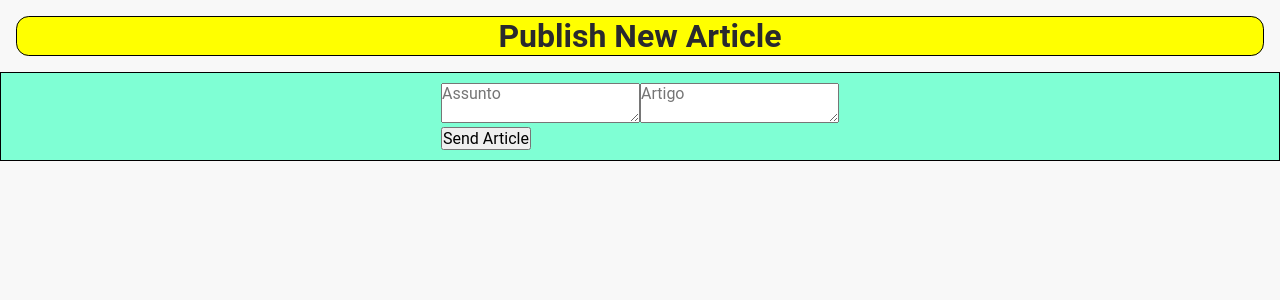
Repository: batmit/publish_articles
Page: /publish
These files come from the project's save history. The page is drawn as it stood at one moment and after a run of saves; the edit follows.
The browser window is 1280 px wide. The pictures show the whole page.
The project was rebuilt for these pictures with package versions that can differ from the ones it lists, and the page was loaded fresh each time. Also part of the build but not shown: src/pages/articles.tsx, src/pages/Home.tsx.

Above is the page before, as saved 2021-06-29 17:50:49.

### public/index.html
<!DOCTYPE html>
<html lang="en">
  <head>
    <meta charset="utf-8" />
    <meta name="viewport" content="width=device-width, initial-scale=1" />
    <meta name="theme-color" content="#000000" />
    <meta
      name="description"
      content="Web site created using create-react-app"
    />
    <title>publish_articles</title>
  </head>
  <body>
    <noscript>You need to enable JavaScript to run this app.</noscript>
    <div id="root"></div>
    <!--
      This HTML file is a template.
      If you open it directly in the browser, you will see an empty page.

      You can add webfonts, meta tags, or analytics to this file.
      The build step will place the bundled scripts into the <body> tag.

      To begin the development, run `npm start` or `yarn start`.
      To create a production bundle, use `npm run build` or `yarn build`.
    -->
  </body>
</html>

### src/App.tsx
import React from 'react';
import { BrowserRouter, Route } from 'react-router-dom';
import { Articles } from './pages/articles';


import {Home} from './pages/Home';
import { Publish_Articles } from './pages/publish_articles';

import './styles/global.scss';



function App() {
  return (

    <BrowserRouter>

      <Route path='/' exact component={Home} />

      <Route path='/articles' exact component={Articles} />

      <Route path='/publish' exact component={Publish_Articles} />



    </BrowserRouter>

  );
}

export default App;

### src/pages/publish_articles.tsx
import { FormEvent, useState } from "react";
import { database } from "../services/firebase";

export function Publish_Articles() {

    const [assunto, setNewAssunto] = useState('');

    const [article, setNewArticle] = useState('');

    async function handleSendArticle(event: FormEvent) {

        event.preventDefault();

        await database.ref(`articles/${assunto}`).push(article);

        setNewAssunto('');
        setNewArticle('');

    };

    return (
        <>
            <header>
                <h1>Publish New Article</h1>
            </header>

            <main>
                <form onSubmit={handleSendArticle}>
                        <textarea
                            placeholder='Assunto'
                            onChange={event => setNewAssunto(event.target.value)}
                            value={assunto}
                        />

                        <textarea
                            placeholder="Artigo"
                            onChange={event => setNewArticle(event.target.value)}
                            value={article}
                        />

                        <div className="form-footer">


                            <button type='submit'>Send Article</button>
                        </div>

                </form>
            </main>
        </>
    );
}

### src/styles/global.scss
* {
    margin: 0;
    padding: 0;
    box-sizing: boder-box;
}

body{
    background: #f8f8f8;
    color: #29292e;
}

body, input, button, textarea {
    font: 400 16px 'Roboto', sans-serif ; // se não rodar o Roboto pega o sans-serif
}

header {
    text-align: center;
    justify-content: center;
    align-items: center;
    background: yellow;
    border: 1px solid black;
    border-radius: 0.8rem;
    margin: 1rem;
}

main {
    align-items: center;
    justify-content: center;
    display: flex;
    gap: 10px;
    background: aquamarine;
    border: 1px solid black;
    padding: 10px;


}

### src/services/firebase.ts
import firebase from 'firebase/app'; // tem que baixar primeira yarn add firebase

import 'firebase/auth';
import 'firebase/database';

const firebaseConfig = {
    apiKey: "AIzaSyAnqsPR26s-jH9kgIT35JRFnFNwjQIPuWg",
    authDomain: "publish-articles-5a753.firebaseapp.com",
    databaseURL: "https://publish-articles-5a753-default-rtdb.firebaseio.com",
    projectId: "publish-articles-5a753",
    storageBucket: "publish-articles-5a753.appspot.com",
    messagingSenderId: "1038663375307",
    appId: "1:1038663375307:web:9e3542b0440fa2c5873e4e"
};

firebase.initializeApp(firebaseConfig); //inicio

const auth = firebase.auth(); // vou exportar
const database = firebase.database()

export { firebase, auth, database }

### src/styles/Home.scss
main {
    button {
        decoration: none;

    }
}

Loaded but not shown: src/index.tsx (common file)

After the next 2 saves:
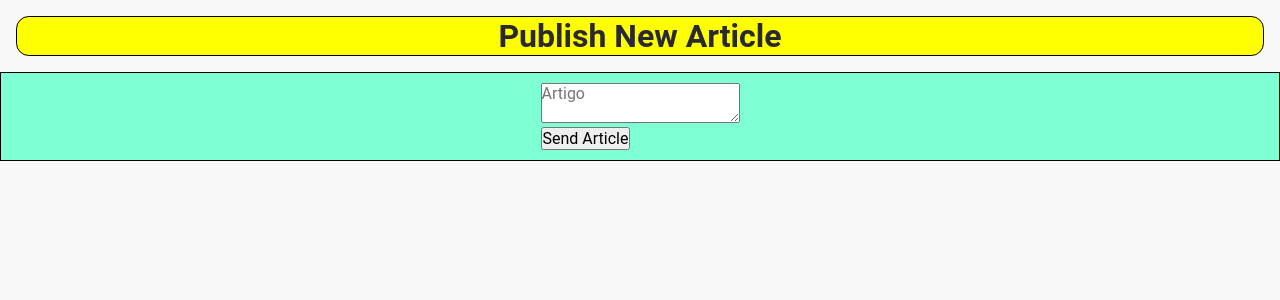
The 2 saves are shown as one change because 1 did not build or start.
The last was saved 4 min 19 s later.
--- a/src/pages/publish_articles.tsx
+++ b/src/pages/publish_articles.tsx
@@ -3,7 +3,6 @@
 
 export function Publish_Articles() {
 
-    const [assunto, setNewAssunto] = useState('');
 
     const [article, setNewArticle] = useState('');
 
@@ -11,9 +10,8 @@
 
         event.preventDefault();
 
-        await database.ref(`articles/${assunto}`).push(article);
+        await database.ref(`articles/${article}`).push(article);
 
-        setNewAssunto('');
         setNewArticle('');
 
     };
@@ -26,11 +24,6 @@
 
             <main>
                 <form onSubmit={handleSendArticle}>
-                        <textarea
-                            placeholder='Assunto'
-                            onChange={event => setNewAssunto(event.target.value)}
-                            value={assunto}
-                        />
 
                         <textarea
                             placeholder="Artigo"

After the 2 saves that followed:
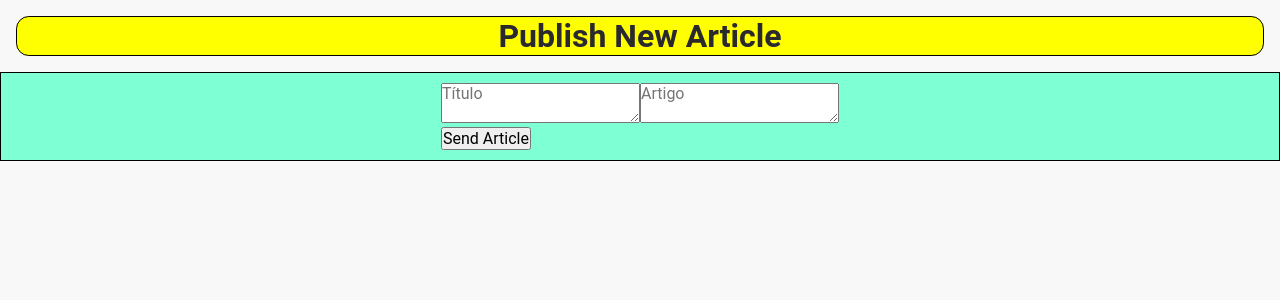
The 2 saves are shown as one change because 1 left the picture as it was.
The last was saved 2 min 24 s later.
--- a/src/pages/publish_articles.tsx
+++ b/src/pages/publish_articles.tsx
@@ -3,6 +3,7 @@
 
 export function Publish_Articles() {
 
+    const [title, setNewTitle] = useState('');
 
     const [article, setNewArticle] = useState('');
 
@@ -14,6 +15,8 @@
 
         setNewArticle('');
 
+        setNewTitle('');
+
     };
 
     return (
@@ -24,6 +27,12 @@
 
             <main>
                 <form onSubmit={handleSendArticle}>
+                        <textarea
+                            placeholder="Título"
+                            onChange={event => setNewTitle(event.target.value)}
+                            value={title}
+                        />
+
 
                         <textarea
                             placeholder="Artigo"
@@ -32,8 +41,6 @@
                         />
 
                         <div className="form-footer">
-
-
                             <button type='submit'>Send Article</button>
                         </div>
 
